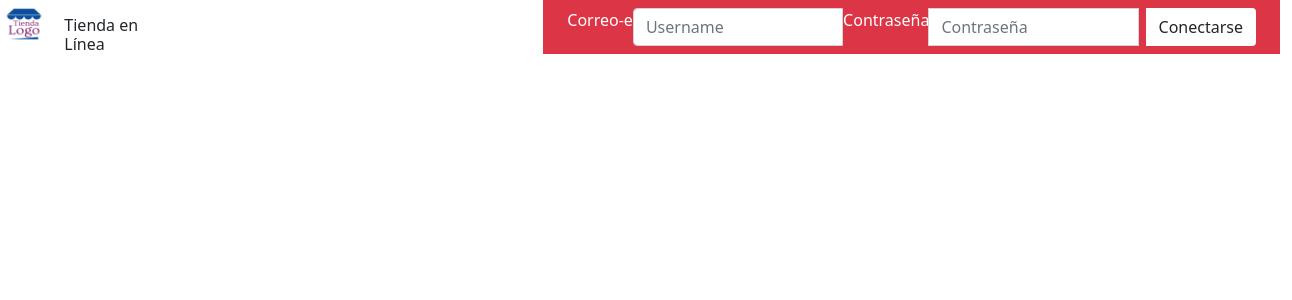
Repository: nicorp00/bootstrapSass
Page: Main/index.html
The author's editor kept a copy of each file at every save. The page is drawn from the files as they stood at one save, then again after the next save.
The browser window is 1280 px wide. The page is 1292 px wide, so the pictures cover 1292 px, including what lies to the right of the window. The pictures show the whole page.
The style sheet was rebuilt from its Sass, Less or Tailwind sources for each picture, by a compiler version that may differ from the author's.

Above is the page before, as saved 2022-03-25 11:10:57.

After the next save:
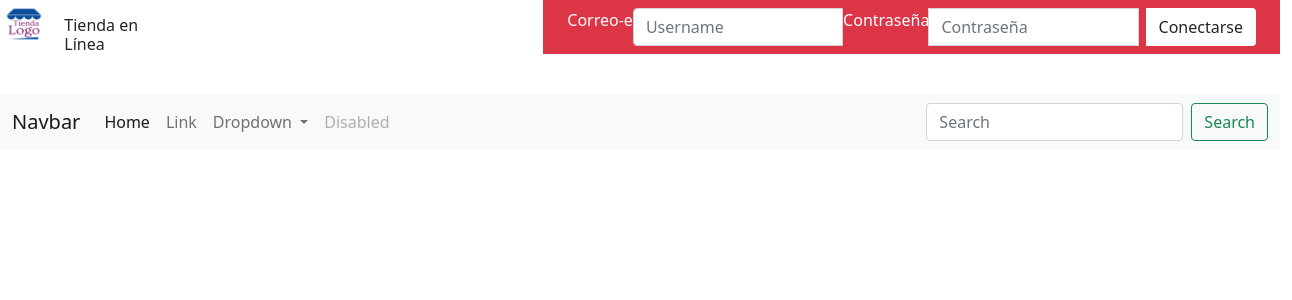
Saved 7 s later.
--- a/Main/index.html
+++ b/Main/index.html
@@ -39,7 +39,44 @@
         </div>
     </section>
 
-    <section class=""
+    <section class="section__nav">
+        <nav class="navbar navbar-expand-lg navbar-light bg-light">
+            <div class="container-fluid">
+              <a class="navbar-brand" href="#">Navbar</a>
+              <button class="navbar-toggler" type="button" data-bs-toggle="collapse" data-bs-target="#navbarSupportedContent" aria-controls="navbarSupportedContent" aria-expanded="false" aria-label="Toggle navigation">
+                <span class="navbar-toggler-icon"></span>
+              </button>
+              <div class="collapse navbar-collapse" id="navbarSupportedContent">
+                <ul class="navbar-nav me-auto mb-2 mb-lg-0">
+                  <li class="nav-item">
+                    <a class="nav-link active" aria-current="page" href="#">Home</a>
+                  </li>
+                  <li class="nav-item">
+                    <a class="nav-link" href="#">Link</a>
+                  </li>
+                  <li class="nav-item dropdown">
+                    <a class="nav-link dropdown-toggle" href="#" id="navbarDropdown" role="button" data-bs-toggle="dropdown" aria-expanded="false">
+                      Dropdown
+                    </a>
+                    <ul class="dropdown-menu" aria-labelledby="navbarDropdown">
+                      <li><a class="dropdown-item" href="#">Action</a></li>
+                      <li><a class="dropdown-item" href="#">Another action</a></li>
+                      <li><hr class="dropdown-divider"></li>
+                      <li><a class="dropdown-item" href="#">Something else here</a></li>
+                    </ul>
+                  </li>
+                  <li class="nav-item">
+                    <a class="nav-link disabled" href="#" tabindex="-1" aria-disabled="true">Disabled</a>
+                  </li>
+                </ul>
+                <form class="d-flex">
+                  <input class="form-control me-2" type="search" placeholder="Search" aria-label="Search">
+                  <button class="btn btn-outline-success" type="submit">Search</button>
+                </form>
+              </div>
+            </div>
+          </nav>
+    </section>
     <script src="js/bootstrap.min.js"></script>
 </body>
 </html>
